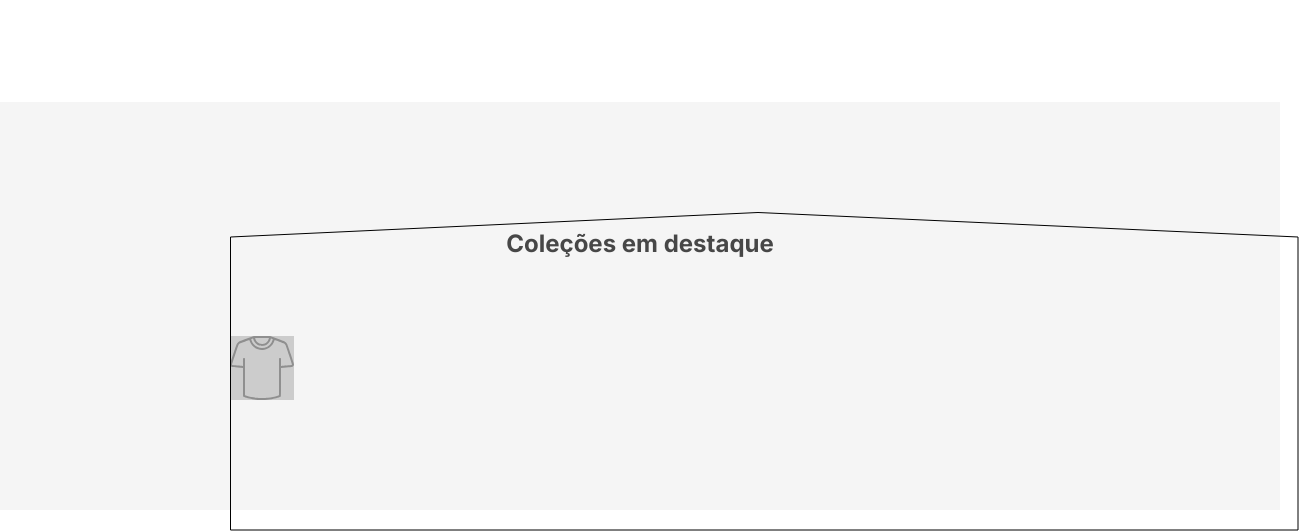
Repository: gimoli/loja-digital
Page: index.html
An editor plug-in stored every save of this project. The page is shown before and after the next save, followed by the edit.
The browser window is 1280 px wide. The page is 1299 px wide, so the pictures cover 1299 px, including what lies to the right of the window. The pictures show the part of the page from y = 1294 to 1825 px (the page is 1825 px tall).

Above is the page before, as saved 2025-04-24 11:51:33.

### index.html
<!DOCTYPE html>
<html lang="pt-br">
<head>
    <meta charset="UTF-8">
    <meta name="viewport" content="width=device-width, initial-scale=1.0">
    <title>Digital Store</title>
    <link href="./style.css" rel="stylesheet">
    <script src="https://cdn.jsdelivr.net/npm/@tailwindcss/browser@4"></script>
    <link rel="shortcut icon" href="/assets/Logo-Digital.svg" type="image/x-icon">
</head>
<body>
<header class="flex flex-col gap-12 px-[108px] py-[38px]">
    <div class="flex items-center justify-between">
        <div class="flex gap-1">
            <img src="/assets/Logo-Digital.svg" alt="Logo da Digital Store">
            <h1 class="text-4xl text-(--primary-color) font-semibold">Digital Store</h1>
        </div>
        <input type="text" placeholder="Pesquisar produto..." class="bg-(--light-gray-3) py-2 px-3 rounded-lg ml-40 mr-14
         bg-[url(/assets/search.svg)] bg-no-repeat bg-right focus:placeholder-transparent w-[560px] focus:outline-none"/>
        <div>
            <a href="#" class="bg-(--primary-color) text-white rounded-lg px-7 py-3 font-bold text-sm">
                Entrar
            </a>
        </div>
        <div class="relative">
            <img src="/assets/Carrinho-preto.svg" alt="Imagem de um carrinho de compras">
            <div class="flex justify-center items-center absolute bg-(--tertiary-color) text-white font-bold text-xs rounded-full w-[18px] h-[18px] bottom-[15px] left-3">
                2
            </div>
        </div>
    </div>
    </div>
    <nav class="pl-32">
        <ul class="flex gap-6 text-(--dark-gray-2)">
            <li class="hover:text-(--primary-color) hover:font-bold">
                <a href="#">
                Home
            </a>
        </li>
            <li class="hover:text-(--primary-color) hover:font-bold">
                <a href="#">
                Produtos
            </a>
        </li>
            <li class="hover:text-(--primary-color) hover:font-bold">
                <a href="#">
                Categorias
            </a>
        </li>
            <li class="hover:text-(--primary-color) hover:font-bold">
                <a href="#">
                Meus Pedidos
            </a>
        </li>
        </ul>
    </nav>
</header>
<main>
    <section class="flex px-[108px] bg-(--light-gray-3) py-[78px] h-[680px] relative">
        <div class="flex flex-col gap-5 w-[466px]">
            <p class="text-(--warnig-color) font-bold">
                Melhores ofertas personalizadas
            </p>
            <h2 class="font-extrabold text-6xl">
                Queima de estoque Nike 🔥
            </h2>
            <p class="text-(--dark-gray-2) text-lg">
                Consequat culpa exercitation mollit nisi excepteur do do tempor laboris eiusmod irure consectetur.
            </p>
            <a href="#" class="flex items-center justify-center bg-(--primary-color) text-(--light-gray-3) font-bold w-[210px] h-[48px] rounded-lg">
                Ver Ofertas
            </a>
        </div>
        <img src="/assets/White-Sneakers-PNG-Clipart 1.svg" alt="Foto de um tenis branco" class="absolute right-28 bottom-8"/>
        <img src="/assets/ornament.svg" alt="Firula do site - by wendell" class="absolute top-12 right-8">
    </section>
    <section class="flex flex-col gap-15 px-[108px] py-[42px]">
        <div class="flex flex-col gap-10">
            <h4 class="text-(--dark-gray-2) font-bold text-2xl">
                Coleções em destaque
            </h4>
            <ul class="grid grid-cols-3 gap-3.5 h-68">
                <li  class="flex bg-[#D8E3F2] pl-8 pt-8 rounded-md relative bg-[url(/assets/star-wars-shirt-pic.svg)] bg-no-repeat bg-bottom-right">
                    <div class="w-1/2 z-10">
                    <p class="bg-[#E7FF86] rounded-4xl font-bold text-(--dark-gray-2) w-[96px] text-center py-1.5 text-sm">
                        30% OFF
                    </p>
                    <h5 class="font-bold text-(--dark-gray) text-4xl mt-2.5 mb-8">
                        Novo drop Supreme
                    </h5>
                    <a href="#" class="text-(--primary-color) bg-white rounded-xl font-bold px-12 py-4.5">
                        Comprar
                    </a>
                </div>
                </li>
                <li  class="flex bg-[#D8E3F2] pl-8 pt-8 rounded-md relative bg-[url(/assets/sneaks-pic.svg)] bg-no-repeat bg-bottom-right">
                    <div class="w-1/2 z-10">
                    <p class="bg-[#E7FF86] rounded-4xl font-bold text-(--dark-gray-2) w-[96px] text-center py-1.5 text-sm">
                        30% OFF
                    </p>
                    <h5 class="font-bold text-(--dark-gray) text-4xl mt-2.5 mb-8">
                        Coleção Adidas
                    </h5>
                    <a href="#" class="text-(--primary-color) bg-white rounded-xl font-bold px-12 py-4.5">
                        Comprar
                    </a>
                </div>
                </li>
                <li  class="flex bg-[#D8E3F2] pl-8 pt-8 rounded-md relative bg-[url(/assets/headphone-pic.svg)] bg-no-repeat bg-bottom-right">
                    <div class="w-1/2 z-10">
                    <p class="bg-[#E7FF86] rounded-4xl font-bold text-(--dark-gray-2) w-[96px] text-center py-1.5 text-sm">
                        30% OFF
                    </p>
                    <h5 class="font-bold text-(--dark-gray) text-4xl mt-2.5 mb-8">
                        Novo<br> Beats Bass
                    </h5>
                    <a href="#" class="text-(--primary-color) bg-white rounded-xl font-bold px-12 py-4.5">
                        Comprar
                    </a>
                </div>
                </li>
            </ul>
        </div>
        <div></div>
    </section>
    <section class="flex flex-col gap-15 px-[230px] py-[110px] bg-(--light-gray-3)">
        <div class="flex flex-col gap-10">
            <h4 class="text-(--dark-gray-2) font-bold text-2xl text-center py-4">
                Coleções em destaque
            </h4>
            <img src="/assets/borda.svg" alt="Foto da borda" class="absolute "/>
        </div>
        <div class="">
            <img src="assets/T-shirt.svg" alt="Foto da blus" class="bg-(--light-gray-2)">
        </div>
    </section>
</main>
</body>
</html>

### style.css
@import url('https://fonts.googleapis.com/css2?family=Inter:ital,opsz,wght@0,14..32,100..900;1,14..32,100..900&display=swap');

:root {
    --dark-gray: #1F1F1F;
    --dark-gray-2: #474747;
    --dark-gray-3: #666666;
    --light-gray: #8F8F8F;
    --light-gray-2: #CCCCCC;
    --light-gray-3: #F5F5F5;
    --white: #FFFFFF;
    --background-color: #D9D9D9;
    --primary-color: #C92071;
    --secondary-color: #B5B6F2;
    --tertiary-color: #991956;
    --error-color: #EE4266;
    --success-color: #52CA76;
    --warnig-color: #F6AA1C;
    --primary-gradient: 180deg, #C92071, #EDABCA;
    --secondary-gradient: 180deg, #B5B6F2, #EFEFFF;
}

* {
    font-family: "Inter", sans-serif;
    box-sizing: border-box;
}

After the next save:
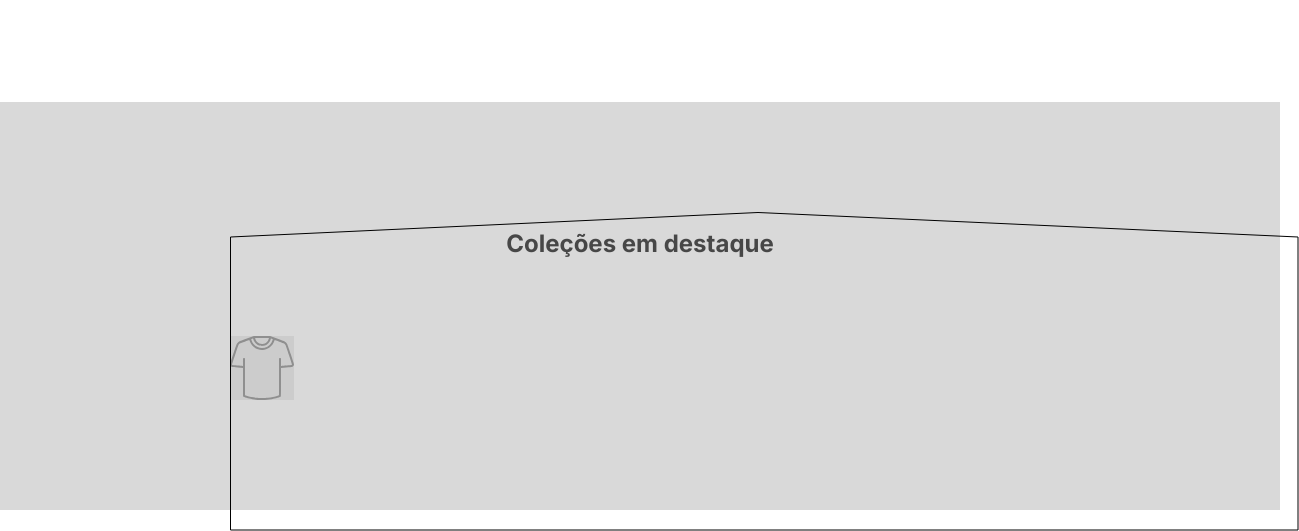
Saved 14 s later.
--- a/index.html
+++ b/index.html
@@ -123,7 +123,7 @@
         </div>
         <div></div>
     </section>
-    <section class="flex flex-col gap-15 px-[230px] py-[110px] bg-(--light-gray-3)">
+    <section class="flex flex-col gap-15 px-[230px] py-[110px] bg-(--background-color)">
         <div class="flex flex-col gap-10">
             <h4 class="text-(--dark-gray-2) font-bold text-2xl text-center py-4">
                 Coleções em destaque

After the save that followed:
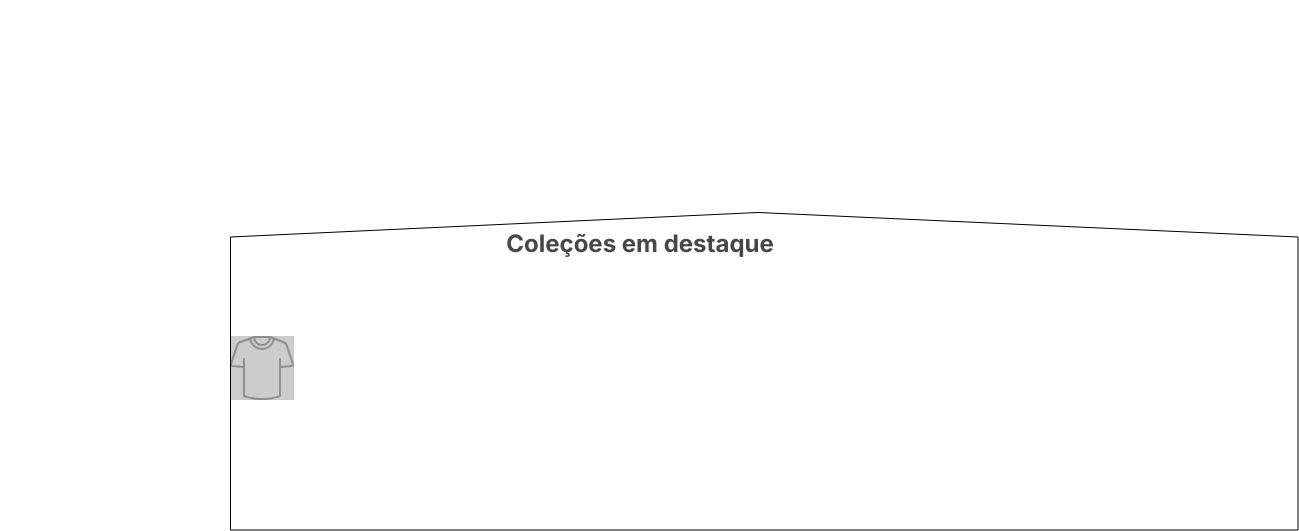
Saved 17 s later.
--- a/style.css
+++ b/style.css
@@ -8,7 +8,7 @@
     --light-gray-2: #CCCCCC;
     --light-gray-3: #F5F5F5;
     --white: #FFFFFF;
-    --background-color: #D9D9D9;
+    --sec-color: #D9D9D9;
     --primary-color: #C92071;
     --secondary-color: #B5B6F2;
     --tertiary-color: #991956;
